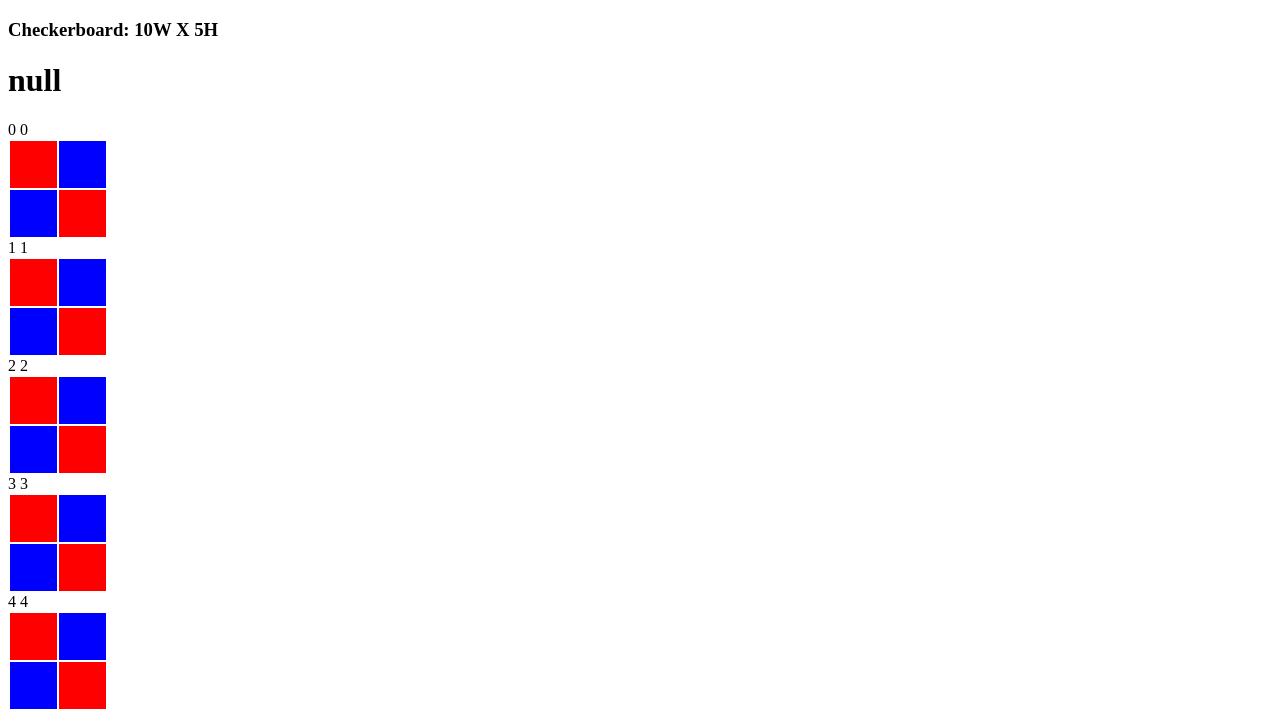
Repository: ben-mandakh/Java-Projects
Page: http://localhost/CheckerBoard/CheckerBoard.jsp
The author's editor kept a copy of each file at every save. The page is drawn from the files as they stood at one save, then again after the next save.
The browser window is 1280 px wide. The pictures show the whole page.
The page is served by Tomcat 9.

Above is the page before, as saved 2019-08-09 02:44:44.

### CheckerBoard/WebContent/CheckerBoard.jsp
<%@ page language="java" contentType="text/html; charset=ISO-8859-1"
    pageEncoding="ISO-8859-1"%>
<!DOCTYPE html>
<html>
<head>
<meta charset="ISO-8859-1">
<title>Checker Board</title>
</head>
<body>


	<h3> Checkerboard: 10W X 5H</h3>
	<!-- getting the value for the name parameter -->
    <% String req = request.getParameter("name"); %>
    <!-- displaying the value -->
    <h1><%= req %></h1>

    <% for(int i = 0; i<5; i++){ %>

	<table>
		<tr>  <%= i %>
			<th style="width:45px; height:45px; background-color: red"> </th>
			<th style="width:45px; height:45px; background-color: blue"> </th>
			 <%= i %>
		</tr>
		<tr>

			<th style="width:45px; height:45px; background-color: blue"> </th>
			<th style="width:45px; height:45px; background-color: red"> </th>

		</tr>
	</table>


	<% } %>

</body>
</html>

After the next save:
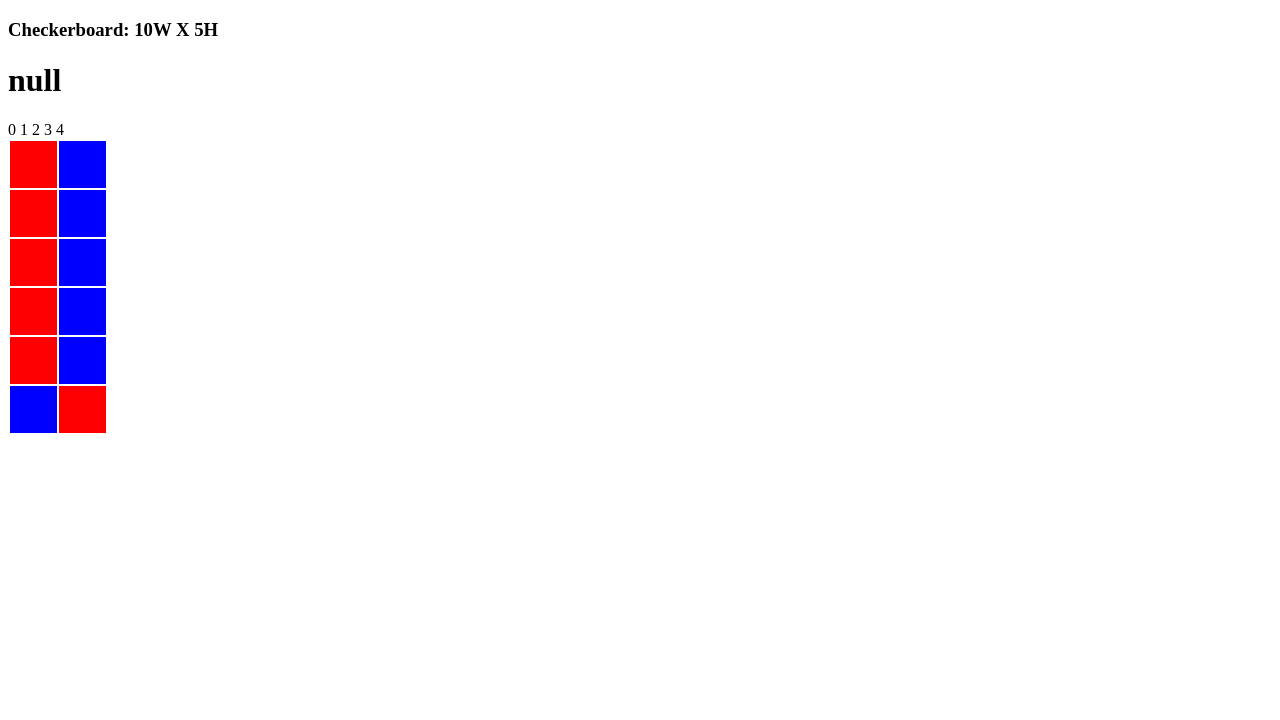
Saved 77 s later.
--- a/CheckerBoard/WebContent/CheckerBoard.jsp
+++ b/CheckerBoard/WebContent/CheckerBoard.jsp
@@ -15,14 +15,16 @@
     <!-- displaying the value -->
     <h1><%= req %></h1>
 
-    <% for(int i = 0; i<5; i++){ %>
+
 
 	<table>
+	   <% for(int i = 0; i<5; i++){ %>
 		<tr>  <%= i %>
 			<th style="width:45px; height:45px; background-color: red"> </th>
 			<th style="width:45px; height:45px; background-color: blue"> </th>
-			 <%= i %>
+
 		</tr>
+		<% } %>
 		<tr>
 
 			<th style="width:45px; height:45px; background-color: blue"> </th>
@@ -32,7 +34,7 @@
 	</table>
 
 
-	<% } %>
+
 
 </body>
 </html>
